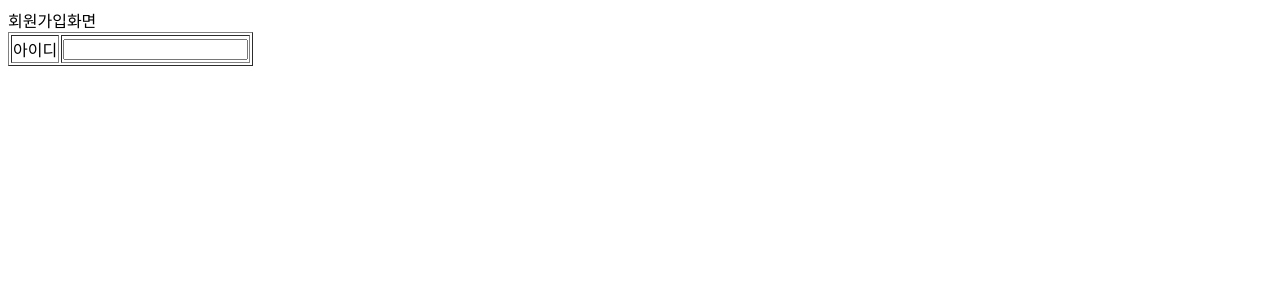
Repository: eastzi/workspace.edu
Page: MVC01/src/main/webapp/member/memberRegister.html
The author's editor kept a copy of each file at every save. The page is drawn from the files as they stood at one save, then again after the next save.
The browser window is 1280 px wide. The pictures show the whole page.

Above is the page before, as saved 2022-10-12 16:31:17.

After the next save:
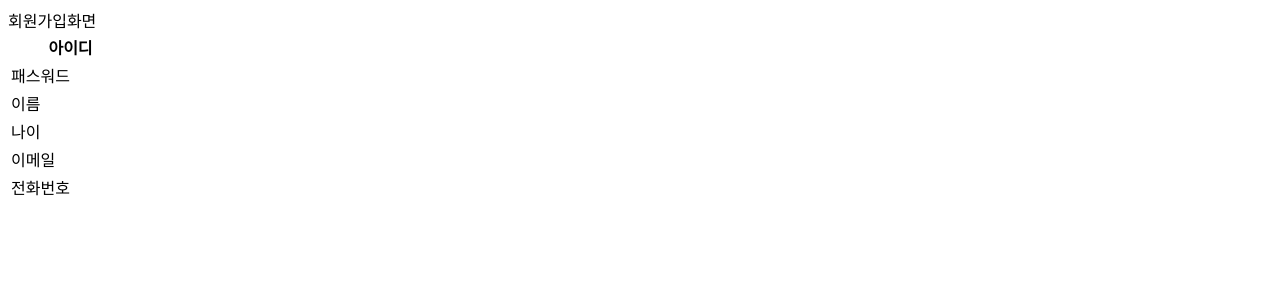
Saved 9 h 53 min later.
--- a/MVC01/src/main/webapp/member/memberRegister.html
+++ b/MVC01/src/main/webapp/member/memberRegister.html
@@ -6,11 +6,42 @@
 </head>
 <body>
 회원가입화면
-<table border="1">
-	<tr>
-		<td>아이디</td>
-		<td><input type="text" name="id"/></td>
-	</tr>
+<table class="tg" style="undefined; table-layout: fixed; width: 437px">
+<colgroup>
+<col style="width: 121px">
+<col style="width: 316px">
+</colgroup>
+<thead>
+  <tr>
+    <th class="tg-0lax">아이디</th>
+    <th class="tg-0lax"></th>
+  </tr>
+</thead>
+<tbody>
+  <tr>
+    <td class="tg-0lax">패스워드</td>
+    <td class="tg-0lax"></td>
+  </tr>
+  <tr>
+    <td class="tg-0lax">이름</td>
+    <td class="tg-0lax"></td>
+  </tr>
+  <tr>
+    <td class="tg-0lax">나이</td>
+    <td class="tg-0lax"></td>
+  </tr>
+  <tr>
+    <td class="tg-0lax">이메일</td>
+    <td class="tg-0lax"></td>
+  </tr>
+  <tr>
+    <td class="tg-0lax">전화번호</td>
+    <td class="tg-0lax"></td>
+  </tr>
+  <tr>
+    <td class="tg-0lax" colspan="2"></td>
+  </tr>
+</tbody>
 </table>
 </body>
 </html>
